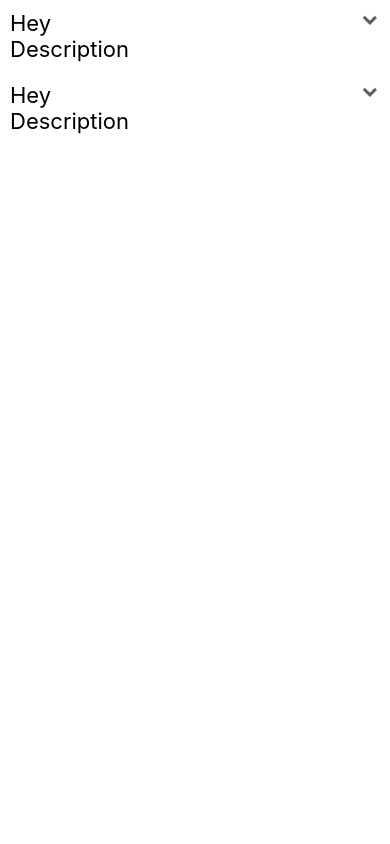
Repository: likanbl/intern-feature
Screen: /
These files come from the project's save history. The screen is drawn as it stood at one moment and after the next save; the edit follows.
The app was drawn by React Native's web renderer in a window 390 px wide. The project was rebuilt for these pictures with package versions that can differ from the ones it lists, and the page was loaded fresh each time.

Above is the screen before, as saved 2019-09-10 14:30:33.

After the next save:
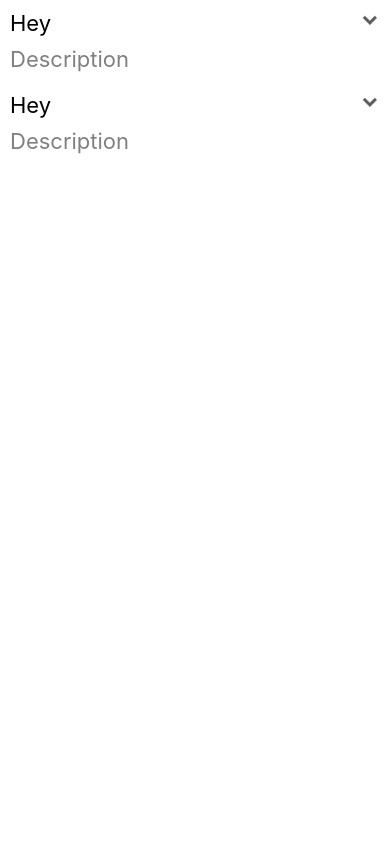
Saved 38 s later.
--- a/src/components/home/HomeItem.js
+++ b/src/components/home/HomeItem.js
@@ -57,6 +57,8 @@ const styles = StyleSheet.create({
   description: {
     flex: 1,
     fontSize: 22,
+    color: 'gray',
+    paddingTop: 10,
   },
   image: {
     width: 20,
